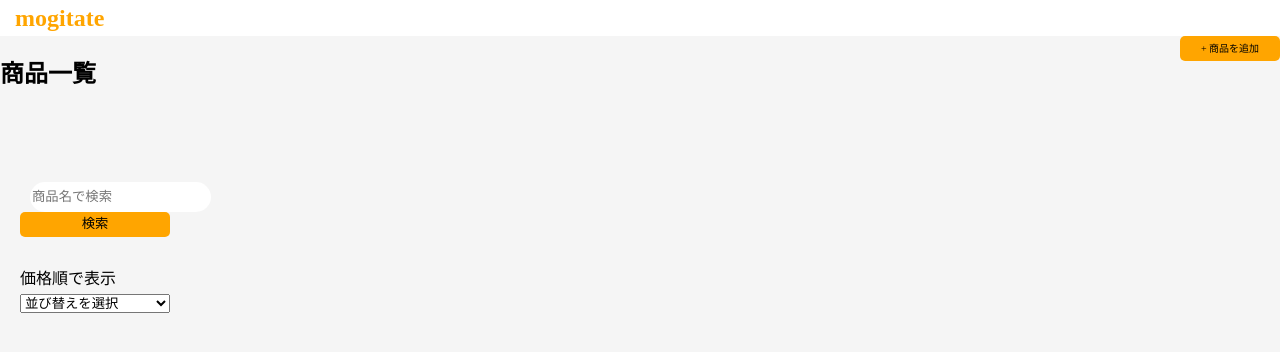
Repository: tokisiro/fruit-products
Page: http://localhost/products
These files come from the project's save history. The page is drawn as it stood at one moment and after a run of saves; the edit follows.
The browser window is 1280 px wide. The pictures show the whole page.
The page is served by the project's Laravel application, run on PHP 8.4 with Laravel 8. Other server files are loaded and not shown. Queries for data that is not in the repository find no rows.

Above is the page before, as saved 2025-05-18 14:27:00.

### src/routes/web.php
<?php

use Illuminate\Support\Facades\Route;
use App\Http\Controllers\ProductController;
/*
|--------------------------------------------------------------------------
| Web Routes
|--------------------------------------------------------------------------
|
| Here is where you can register web routes for your application. These
| routes are loaded by the RouteServiceProvider within a group which
| contains the "web" middleware group. Now create something great!
|
*/



//商品一覧ページ表示
Route::get('/products', [ProductController::class, 'products']);

Route::get('/products/search', [ProductController::class, 'search']);
Route::get('/products/sort', [ProductController::class, 'sort']);

//商品詳細ページ表示
Route::get('/products/{productId}', [ProductController::class, 'change'])->name('products.change');
//商品更新機能
Route::patch('/products/{productId}/update',[ProductController::class,'update']);
//商品削除機能
Route::delete('/products/{productId}/delete',[ProductController::class,'remove']);
//商品追加ページの表示
Route::get('/register', [ProductController::class, 'add']);
//商品追加機能
Route::post('/products/register', [ProductController::class, 'create']);

### src/app/Http/Controllers/ProductController.php
<?php

namespace App\Http\Controllers;

use Illuminate\Http\Request;
use App\Models\Product;
use App\Models\Product_Season;
use App\Models\Season;
use App\Http\Requests\ProductRequest;
use Illuminate\Support\Facades\Storage;

class ProductController extends Controller
{
    //商品一覧ページの表示
    public function products(){
        $products = Product::all();
        $pages = Product::Paginate(6);
        return view('product', compact('products', 'pages'));
    }

    //検索機能
    public function search(Request $request){
        $query = Product::query();
    if ($request->filled('name')) {
        $query->where('name', 'like', '%' . $request->input('name') . '%');
    }
    $search = $query->paginate(6);
    return view('product', compact('search'));
    }

    //並び替え機能
    public function Sort(Request $request){
        $query = Product::query();

    $sort = $request->input('sort');
    switch ($sort) {
        case 'price_asc':
            $query->orderBy('price', 'asc');
            break;
        case 'price_desc':
            $query->orderBy('price', 'desc');
            break;
        default:
            break;
        }
        $products = $query->paginate(6);
        return view('product', compact('products'));
    }

    //商品詳細画面表示
    public function change($productId){
        $change = Product::find($productId);
        $products = Product_Season::where('product_id', $productId)->pluck('season_id')->toArray();
        return view('index', compact('change','products'));
    }
    //更新機能
    public function update(ProductRequest $request,$productId)
    {
        $data = $request->all();
        unset($data['_token']);

        if ($request->hasFile('image')) {
            $path = $request->file('image')->store('public/products');
            $data['image'] = Storage::url($path); // 保存先パスをセット
        } else {
            unset($data['image']); // 画像がない場合は更新しない
        }

        Product::find($productId)->update($data);

        return redirect('/products');
    }
    //削除機能
    public function remove($productId)
    {
        Product::find($productId)->delete();
        return redirect('/products');
    }
    //商品追加ページ表示
    public function add(){
        return view('/register');
}
    //追加機能
    public function create(ProductRequest $request){
        $form = $request->all();

        if ($request->hasFile('image') && $request->file('image')->isValid()) {
            $path = $request->file('image')->store('public/products');
            $form['image'] = Storage::url($path);
        } else {
            $form['image'] = '';
        }
        product::create($form);
        return redirect('/products');
    }
}

### src/app/Models/product.php
<?php

namespace App\Models;

use Illuminate\Database\Eloquent\Factories\HasFactory;
use Illuminate\Database\Eloquent\Model;

class Product extends Model
{
    use HasFactory;

    protected $fillable = ['name','price','image','description'];

    public function seasons()
{
    return $this->belongsToMany(Season::class,'product_seasons','product_id','season_id');
}
}

### src/resources/views/product.blade.php
<!DOCTYPE html>
<html lang="ja">
<head>
    <meta charset="UTF-8">
    <meta http-equiv="X-UA-Compatible" content="IE=edge">
    <meta name="viewport" content="width=device-width, initial-scale=1.0">
    <title>mogitate</title>
    <link rel="stylesheet" href="css/sanitize.css">
    <link rel="stylesheet" href="css/product.css">
</head>
<body>
    <!--商品一覧-->
    <header class="header">
        <div class="header__inner">
            <a class="header__logo" href="">
                mogitate
            </a>
        </div>
    </header>
    <div class="header-bottom">
        <h2 class="header-bottom__title">
            商品一覧
        </h2>
        <div class="header-bottom__add">
            <a class="header-bottom__add-button" href="/register">
                + 商品を追加
            </a>
        </div>
    </div>
    <main>
        <div class="product">
            <div class="product-sidebar">
                <div class="product-sidebar__search">
                    <form class="product-sidebar__search-form" action="/products/search" method="GET">
                    @csrf
                        <div class="product-sidebar__search-form--text">
                            <input class="product-sidebar__search-form--text-item" type="text" name="name" placeholder="商品名で検索" value="{{ request('name') }}">
                        </div>
                        <div class="product-sidebar__search-form--button">
                            <button class="product-sidebar__search-form--button-item">
                                検索
                            </button>
                        </div>
                    </form>
                    <form class="product-sidebar__search-form" action="/products/sort" method="GET">
                    @csrf
                        <span class="product-sidebar__search-form--title">
                                価格順で表示
                        </span>
                        <div class="product-sidebar__search-form--order">
                            <select class="product-sidebar__search-form--order-item" name="sort">
                                <option value="">並び替えを選択</option>
                                <option value="price_asc" {{ request('sort')=='price_asc' ? 'selected' : '' }}>
                                        価格の安い順
                                </option>
                                <option value="price_desc" {{ request('sort')=='price_desc' ? 'selected' : '' }}>
                                    価格の高い順
                                </option>
                            </select>
                        </div>
                    </form>
                </div>
            </div>
                <!-- 右側：商品カードリスト -->
            <div class="product-card">
            @foreach ($products as $product)
                <div class="product-card__form">
                    <form class="product-card__form" action="/products/{{$product->id}}" method="get">
                    @csrf
                        <div class="product-card__form-img">
                            <button type="submit" style="border: none; padding: 0; background: none; cursor: pointer;">
                                <img src="{{$product->image}}" alt="" style="max-width: 200px; height: auto;">
                                <div class="product-card__form-content">
                                    <div class="product-card__form-content--name">{{$product->name}}
                                    </div>
                                    <div class="product-card__form-content--price">
                                        {{$product->price}}
                                    </div>
                                </div>
                            </button>
                        </div>
                    </form>
                </div>
            @endforeach
            </div>
        </div>
        <div class="product-pages">
            {{ $pages->links() }}
        </div>
    </main>
</body>
</html>

### src/public/css/sanitize.css
/* Document
* ========================================================================== */

/**
* Add border box sizing in all browsers (opinionated).
*/

*,
::before,
::after {
    box-sizing: border-box;
}

/**
* 1. Add text decoration inheritance in all browsers (opinionated).
* 2. Add vertical alignment inheritance in all browsers (opinionated).
*/

::before,
::after {
    vertical-align: inherit;
    /* 2 */
    text-decoration: inherit;
    /* 1 */
}

/**
* 1. Use the default cursor in all browsers (opinionated).
* 2. Change the line height in all browsers (opinionated).
* 3. Use a 4-space tab width in all browsers (opinionated).
* 4. Remove the grey highlight on links in iOS (opinionated).
* 5. Prevent adjustments of font size after orientation changes in
*    IE on Windows Phone and in iOS.
* 6. Breaks words to prevent overflow in all browsers (opinionated).
*/

html {
    word-break: break-word;
    /* 6 */
    -moz-tab-size: 4;
    /* 3 */
    tab-size: 4;
    /* 3 */
    line-height: 1.5;
    /* 2 */
    cursor: default;
    /* 1 */

    -webkit-tap-highlight-color: transparent
        /* 4 */
    ;
    -ms-text-size-adjust: 100%;
    /* 5 */
    -webkit-text-size-adjust: 100%;
    /* 5 */
}

/* Sections
* ========================================================================== */

/**
* Remove the margin in all browsers (opinionated).
*/

body {
    margin: 0;
}

/**
* Correct the font size and margin on `h1` elements within `section` and
* `article` contexts in Chrome, Edge, Firefox, and Safari.
*/

h1 {
    margin: 0.67em 0;
    font-size: 2em;
}

/* Grouping content
* ========================================================================== */

/**
* Remove the margin on nested lists in Chrome, Edge, IE, and Safari.
*/

dl dl,
dl ol,
dl ul,
ol dl,
ul dl {
    margin: 0;
}

/**
* Remove the margin on nested lists in Edge 18- and IE.
*/

ol ol,
ol ul,
ul ol,
ul ul {
    margin: 0;
}

/**
* 1. Add the correct sizing in Firefox.
* 2. Show the overflow in Edge 18- and IE.
*/

hr {
    overflow: visible;
    /* 2 */
    height: 0;
    /* 1 */
}

/**
* Add the correct display in IE.
*/

main {
    display: block;
}

/**
* Remove the list style on navigation lists in all browsers (opinionated).
*/

nav ol,
nav ul {
    padding: 0;
    list-style: none;
}

/**
* 1. Correct the inheritance and scaling of font size in all browsers.
* 2. Correct the odd `em` font sizing in all browsers.
*/

pre {
    font-size: 1em;
    /* 2 */
    font-family: monospace, monospace;
    /* 1 */
}

/* Text-level semantics
* ========================================================================== */

/**
* Remove the gray background on active links in IE 10.
*/

a {
    background-color: transparent;
}

/**
* Add the correct text decoration in Edge 18-, IE, and Safari.
*/

abbr[title] {
    text-decoration: underline;
    text-decoration: underline dotted;
}

/**
* Add the correct font weight in Chrome, Edge, and Safari.
*/

b,
strong {
    font-weight: bolder;
}

/**
* 1. Correct the inheritance and scaling of font size in all browsers.
* 2. Correct the odd `em` font sizing in all browsers.
*/

code,
kbd,
samp {
    font-size: 1em;
    /* 2 */
    font-family: monospace, monospace;
    /* 1 */
}

/**
* Add the correct font size in all browsers.
*/

small {
    font-size: 80%;
}

/* Embedded content
* ========================================================================== */

/*
* Change the alignment on media elements in all browsers (opinionated).
*/

audio,
canvas,
iframe,
img,
svg,
video {
    vertical-align: middle;
}

/**
* Add the correct display in IE 9-.
*/

audio,
video {
    display: inline-block;
}

/**
* Add the correct display in iOS 4-7.
*/

audio:not([controls]) {
    display: none;
    height: 0;
}

/**
* Remove the border on iframes in all browsers (opinionated).
*/

iframe {
    border-style: none;
}

/**
* Remove the border on images within links in IE 10-.
*/

img {
    border-style: none;
}

/**
* Change the fill color to match the text color in all browsers (opinionated).
*/

svg:not([fill]) {
    fill: currentColor;
}

/**
* Hide the overflow in IE.
*/

svg:not(:root) {
    overflow: hidden;
}

/* Tabular data
* ========================================================================== */

/**
* Collapse border spacing in all browsers (opinionated).
*/

table {
    border-collapse: collapse;
}

/* Forms
* ========================================================================== */

/**
* Remove the margin on controls in Safari.
*/

button,
input,
select {
    margin: 0;
}

/**
* 1. Show the overflow in IE.
* 2. Remove the inheritance of text transform in Edge 18-, Firefox, and IE.
*/

button {
    overflow: visible;
    /* 1 */
    text-transform: none;
    /* 2 */
}

/**
* Correct the inability to style buttons in iOS and Safari.
*/

button,
[type="button"],
[type="reset"],
[type="submit"] {
    -webkit-appearance: button;
}

/**
* 1. Change the inconsistent appearance in all browsers (opinionated).
* 2. Correct the padding in Firefox.
*/

fieldset {
    padding: 0.35em 0.75em 0.625em;
    /* 2 */
    border: 1px solid #a0a0a0;
    /* 1 */
}

/**
* Show the overflow in Edge 18- and IE.
*/

input {
    overflow: visible;
}

/**
* 1. Correct the text wrapping in Edge 18- and IE.
* 2. Correct the color inheritance from `fieldset` elements in IE.
*/

legend {
    display: table;
    /* 1 */
    max-width: 100%;
    /* 1 */
    color: inherit;
    /* 2 */
    white-space: normal;
    /* 1 */
}

/**
* 1. Add the correct display in Edge 18- and IE.
* 2. Add the correct vertical alignment in Chrome, Edge, and Firefox.
*/

progress {
    display: inline-block;
    /* 1 */
    vertical-align: baseline;
    /* 2 */
}

/**
* Remove the inheritance of text transform in Firefox.
*/

select {
    text-transform: none;
}

/**
* 1. Remove the margin in Firefox and Safari.
* 2. Remove the default vertical scrollbar in IE.
* 3. Change the resize direction in all browsers (opinionated).
*/

textarea {
    overflow: auto;
    /* 2 */
    margin: 0;
    /* 1 */
    resize: vertical;
    /* 3 */
}

/**
* Remove the padding in IE 10-.
*/

[type="checkbox"],
[type="radio"] {
    padding: 0;
}

/**
* 1. Correct the odd appearance in Chrome, Edge, and Safari.
* 2. Correct the outline style in Safari.
*/

[type="search"] {
    outline-offset: -2px;
    /* 2 */

    -webkit-appearance: textfield;
    /* 1 */
}

/**
* Correct the cursor style of increment and decrement buttons in Safari.
*/

::-webkit-inner-spin-button,
::-webkit-outer-spin-button {
    height: auto;
}

/**
* Correct the text style of placeholders in Chrome, Edge, and Safari.
*/

::-webkit-input-placeholder {
    color: inherit;
    opacity: 0.54;
}

/**
* Remove the inner padding in Chrome, Edge, and Safari on macOS.
*/

::-webkit-search-decoration {
    -webkit-appearance: none;
}

/**
* 1. Correct the inability to style upload buttons in iOS and Safari.
* 2. Change font properties to `inherit` in Safari.
*/

::-webkit-file-upload-button {
    font: inherit;
    /* 2 */

    -webkit-appearance: button;
    /* 1 */
}

/**
* Remove the inner border and padding of focus outlines in Firefox.
*/

::-moz-focus-inner {
    padding: 0;
    border-style: none;
}

/**
* Restore the focus outline styles unset by the previous rule in Firefox.
*/

:-moz-focusring {
    outline: 1px dotted ButtonText;
}

/**
* Remove the additional :invalid styles in Firefox.
*/

:-moz-ui-invalid {
    box-shadow: none;
}

/* Interactive
* ========================================================================== */

/*
* Add the correct display in Edge 18- and IE.
*/

details {
    display: block;
}

/*
* Add the correct styles in Edge 18-, IE, and Safari.
*/

dialog {
    position: absolute;
    right: 0;
    left: 0;
    display: block;
    margin: auto;
    padding: 1em;
    width: -moz-fit-content;
    width: -webkit-fit-content;
    width: fit-content;
    height: -moz-fit-content;
    height: -webkit-fit-content;
    height: fit-content;
    border: solid;
    background-color: white;
    color: black;
}

dialog:not([open]) {
    display: none;
}

/*
* Add the correct display in all browsers.
*/

summary {
    display: list-item;
}

/* Scripting
* ========================================================================== */

/**
* Add the correct display in IE 9-.
*/

canvas {
    display: inline-block;
}

/**
* Add the correct display in IE.
*/

template {
    display: none;
}

/* User interaction
* ========================================================================== */

/*
* 1. Remove the tapping delay in IE 10.
* 2. Remove the tapping delay on clickable elements
in all browsers (opinionated).
*/

a,
area,
button,
input,
label,
select,
summary,
textarea,
[tabindex] {
    -ms-touch-action: manipulation;
    /* 1 */
    touch-action: manipulation;
    /* 2 */
}

/**
* Add the correct display in IE 10-.
*/

[hidden] {
    display: none;
}

/* Accessibility
* ========================================================================== */

/**
* Change the cursor on busy elements in all browsers (opinionated).
*/

[aria-busy="true"] {
    cursor: progress;
}

/*
* Change the cursor on control elements in all browsers (opinionated).
*/

[aria-controls] {
    cursor: pointer;
}

/*
* Change the cursor on disabled, not-editable, or otherwise
* inoperable elements in all browsers (opinionated).
*/

[aria-disabled="true"],
[disabled] {
    cursor: not-allowed;
}

/*
* Change the display on visually hidden accessible elements
* in all browsers (opinionated).
*/

[aria-hidden="false"][hidden] {
    display: initial;
}

[aria-hidden="false"][hidden]:not(:focus) {
    position: absolute;
    clip: rect(0, 0, 0, 0);
}

### src/public/css/product.css
.header {
    background: white;
}

.header__inner {
    margin: 0 auto;
    padding: 0px 15px;
    width: 100%;
}

.header__logo {
    color: orange;
    text-decoration: none;
    font-weight: bold;
    font-size: 24px;
    font-family: cursive;
}

.header-bottom{
    display: flex;
    justify-content: space-between;
}

.header-bottom__add{
    background-color: orange;
        height: 25px;
        width: 100px;
        display: flex;
        justify-content: center;
        border-radius: 5px;
}

.header-bottom__add-button{
    color: black;
        text-decoration: none;
        font-size: 10px;
        padding: 5px;
}

body{
    background-color: whitesmoke;
}

.product {
    display: flex;
    gap: 30px;
    padding: 20px;
}


.product-sidebar {
    min-width: 250px;
    flex-shrink: 0;
}

.product-sidebar__search-form{
    margin-top: 30px;
}

.product-sidebar__search-form--text-item{
    border-radius: 15px;
        height: 30px;
        position: relative;
        left: 10px;
        border: none;
        background-color: white;
        margin-top: 20px;
}

.product-sidebar__search-form--button-item{
    background-color: orange;
        height: 25px;
        width: 150px;
        display: flex;
        justify-content: center;
        border-radius: 5px;
        border: none;
        margin: ;
}



.product-sidebar__search-form--order-item{
    width: 150px;
}

.product-card {
    display: flex;
    flex-wrap: wrap;
    gap: 20px;
}


.product-card__form {
    width: 200px;
    box-shadow: 0 3px 10px rgba(0, 0, 0, 0.2);
    display: flex;
    flex-direction: column;
    align-items: center;
    background: #fff;
    border-radius: 8px;
    overflow: hidden;
}


.product-card__form-img img {
    width: 100%;
    height: auto; }

svg.w-5.h-5 {
        width: 30px;
        height: 30px;
    }
.product-pages {
    margin-top: 20px;
    text-align: center;
    }

Loaded but not shown: src/app/Http/Controllers/Controller.php (common file)

After the next 3 saves:
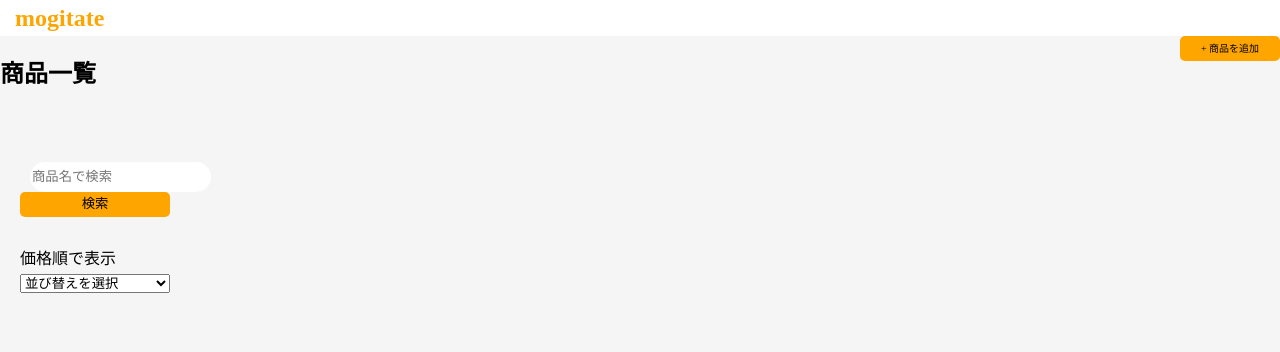
The 3 saves are shown as one change because they came seconds apart.
The last was saved 15 s later.
--- a/src/public/css/product.css
+++ b/src/public/css/product.css
@@ -64,7 +64,7 @@ body{
         left: 10px;
         border: none;
         background-color: white;
-        margin-top: 20px;
+        margin-butoo: 20px;
 }
 
 .product-sidebar__search-form--button-item{
